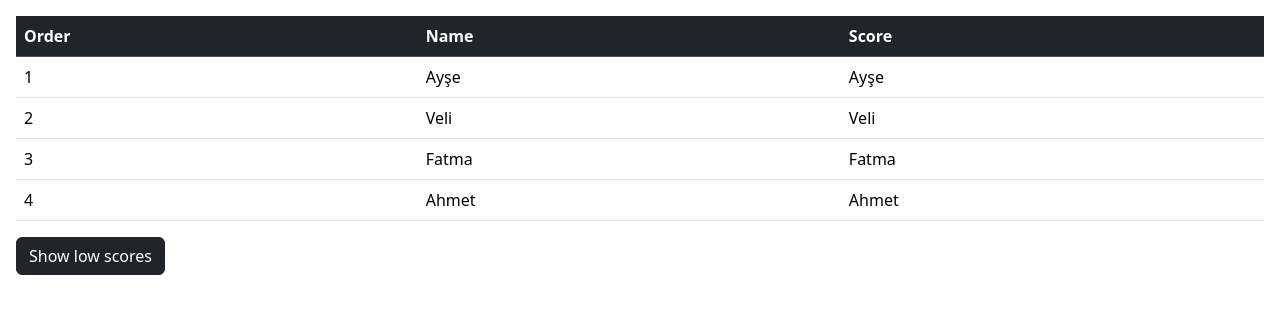
Repository: GorkemTurhan89/jsTutorial
Page: day17/72-dom4.html
The author's editor kept a copy of each file at every save. The page is drawn from the files as they stood at one save, then again after a run of saves.
The browser window is 1280 px wide. The pictures show the whole page.

Above is the page before, as saved 2024-06-22 13:55:23.

### day17/72-dom4.html
<!DOCTYPE html>
<html lang="en">
<head>
    <meta charset="UTF-8">
    <meta name="viewport" content="width=device-width, initial-scale=1.0">
    <title>DOM</title>
    <link href="https://cdn.jsdelivr.net/npm/bootstrap@5.3.3/dist/css/bootstrap.min.css" rel="stylesheet" integrity="sha384-QWTKZyjpPEjISv5WaRU9OFeRpok6YctnYmDr5pNlyT2bRjXh0JMhjY6hW+ALEwIH" crossorigin="anonymous">
</head>
<body class="p-3">

    <table id="tblStudents" class="table">
        <thead class="table-dark">
            <tr>
                <th>Order</th>
                <th>Name</th>
                <th>Score</th>
            </tr>
        </thead>
        <tbody></tbody>
    </table>
    <button id="btnShowLowScores" class="btn btn-dark">Show low scores</button>

    <script type="module" src="js/script-70.js">

    </script>
</body>
</html>

### day17/js/script-70.js
import {students} from "./student.js"

document.getElementById("btnShowLowScores").addEventListener("click",()=>{

    setRowColorsForLowScores();

});

const setRowColorsForLowScores =() =>{

    const tableRows = document.querySelectorAll("#tblStudents tbody tr")
}


const loadData =()=>{
    let html="";

    students.forEach((student,index)=>{

        html+=`     <tr>
                    <td>${index+1}</td>
                    <td>${student.name}</td>
                    <td>${student.name}</td>
                    </tr>`;


    })

    const tbody = document.querySelector("#tblStudents tbody");
    tbody.innerHTML=html;
}
loadData();

### day17/js/student.js
export const students = [
    { id: 1, name: "Ayşe", point: 80 },
    { id: 2, name: "Veli", point: 32 },
    { id: 3, name: "Fatma", point: 56 },
    { id: 4, name: "Ahmet", point: 76 },
  ];

After the next 3 saves:
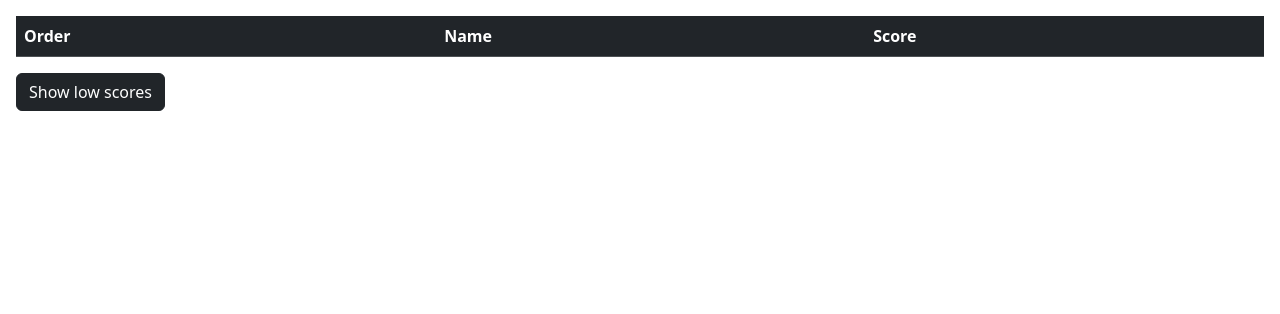
Console error: SyntaxError: Unexpected token ')'
The 3 saves are shown as one change because they came seconds apart.
The last was saved 32 s later.
--- a/day17/js/script-70.js
+++ b/day17/js/script-70.js
@@ -8,7 +8,8 @@
 
 const setRowColorsForLowScores =() =>{
 
-    const tableRows = document.querySelectorAll("#tblStudents tbody tr")
+    const tableRows = document.querySelectorAll("#tblStudents tbody tr");
+    tableRows.forEach((tr)=>)
 }
 
 

After the 2 saves that followed:
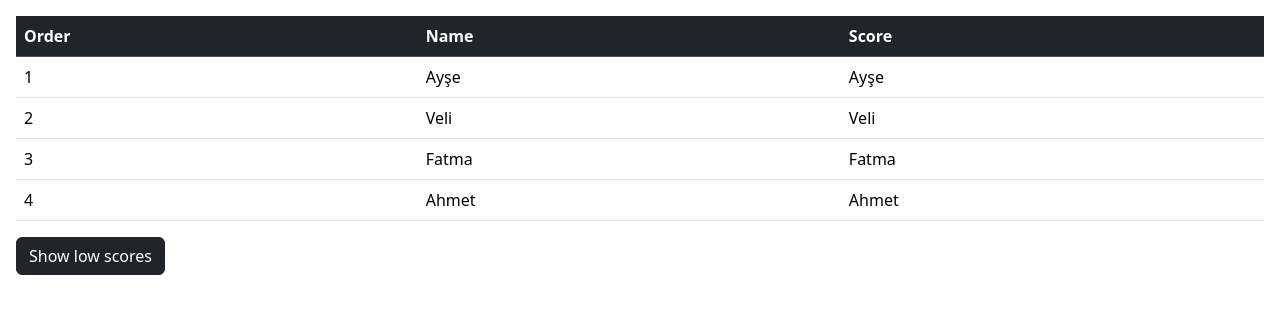
The error is gone.
The 2 saves are shown as one change because they came seconds apart.
The last was saved 7 s later.
--- a/day17/js/script-70.js
+++ b/day17/js/script-70.js
@@ -9,7 +9,9 @@
 const setRowColorsForLowScores =() =>{
 
     const tableRows = document.querySelectorAll("#tblStudents tbody tr");
-    tableRows.forEach((tr)=>)
+    tableRows.forEach((tr)=>{
+
+    });
 }
 
 
